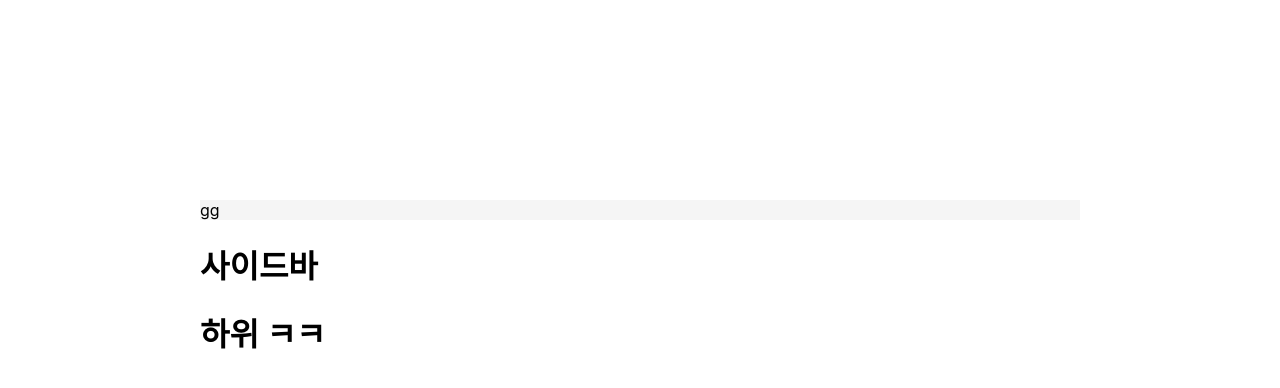
Repository: yangddoddi/community_react
Page: /
These files come from the project's save history. The page is drawn as it stood at one moment and after the next save; the edit follows.
The browser window is 1280 px wide. The pictures show the whole page.
The page's requests for data from a server got no answer. The project was rebuilt for these pictures with package versions that can differ from the ones it lists, and the page was loaded fresh each time. No one was signed in, and anything a server would have sent is missing.

Above is the page before, as saved 2022-08-16 23:24:43.

### src/App.js
import React, { useState, useEffect } from "react";
import { BrowserRouter, Routes, Route } from "react-router-dom";
import { Posts } from "./pages/Posts";
import { Sidebar } from "./components/Sidebar";
import { Header } from "./components/Header";
import "./App.scss";

function App() {
  return (
    <BrowserRouter>
      <Header />
      <Sidebar />
      <Routes>
        <Route path="/" element={<Posts />} />
      </Routes>
    </BrowserRouter>
  );
}

export default App;

### src/pages/Posts.js
import React, { useEffect, useState } from "react";
import { testAxios } from "../config/testAxios";
import axios from "axios";

export const Posts = () => {
  const [test, setTest] = useState("");
  const apiTest = (d) => {
    setTest(d);
  };

  useEffect(() => {
    testAxios("test", apiTest);
  });

  return (
    <div>
      <h1> 하위 ㅋㅋ </h1>
      <h2> {test} </h2>
    </div>
  );
};

### src/components/Sidebar.js
export const Sidebar = () => {
  return <h1>사이드바</h1>;
};

### src/components/Header.js
import styles from "./Header.module.scss";

export const Header = () => {
  return (
    <header className={styles.header}>
      <div>gg</div>
    </header>
  );
};

### src/App.scss

body {
    padding: 200px;
}

### src/config/testAxios.js
import axios from "axios";

export const testAxios = (url, findIp) => {
  axios({
    url: "/" + url,
    method: "post",
    baseURL: "http://localhost:8080",
    withCredentials: true,
  }).then((res) => {
    findIp(res.data);
  });
};

### src/components/header.module.scss


.header {
    width: 100%;
    height: 20%;
    background-color: whitesmoke;
}

Loaded but not shown: public/index.html (common file); src/index.js (common file); src/index.css (common file); src/reportWebVitals.js (common file)

After the next save:
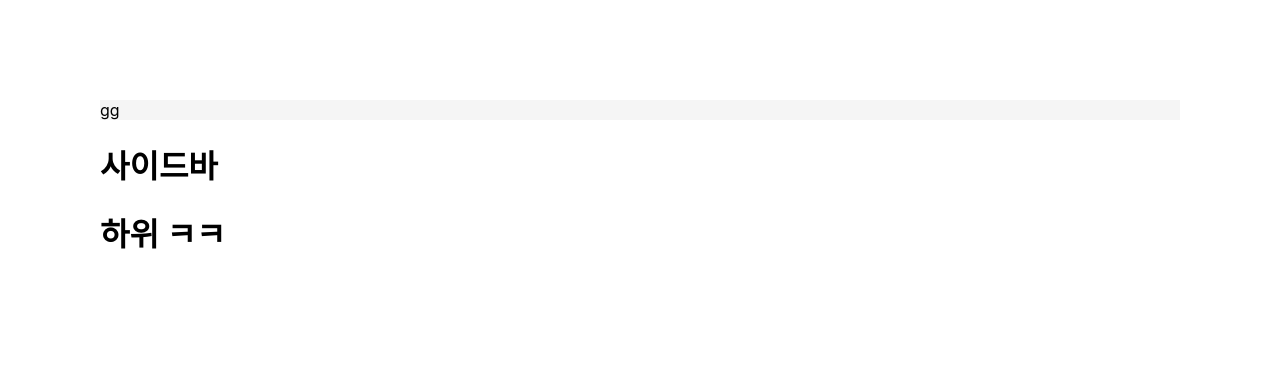
Saved 5 s later.
--- a/src/App.scss
+++ b/src/App.scss
@@ -1,4 +1,4 @@
 
 body {
-    padding: 200px;
+    padding: 100px;
 }
